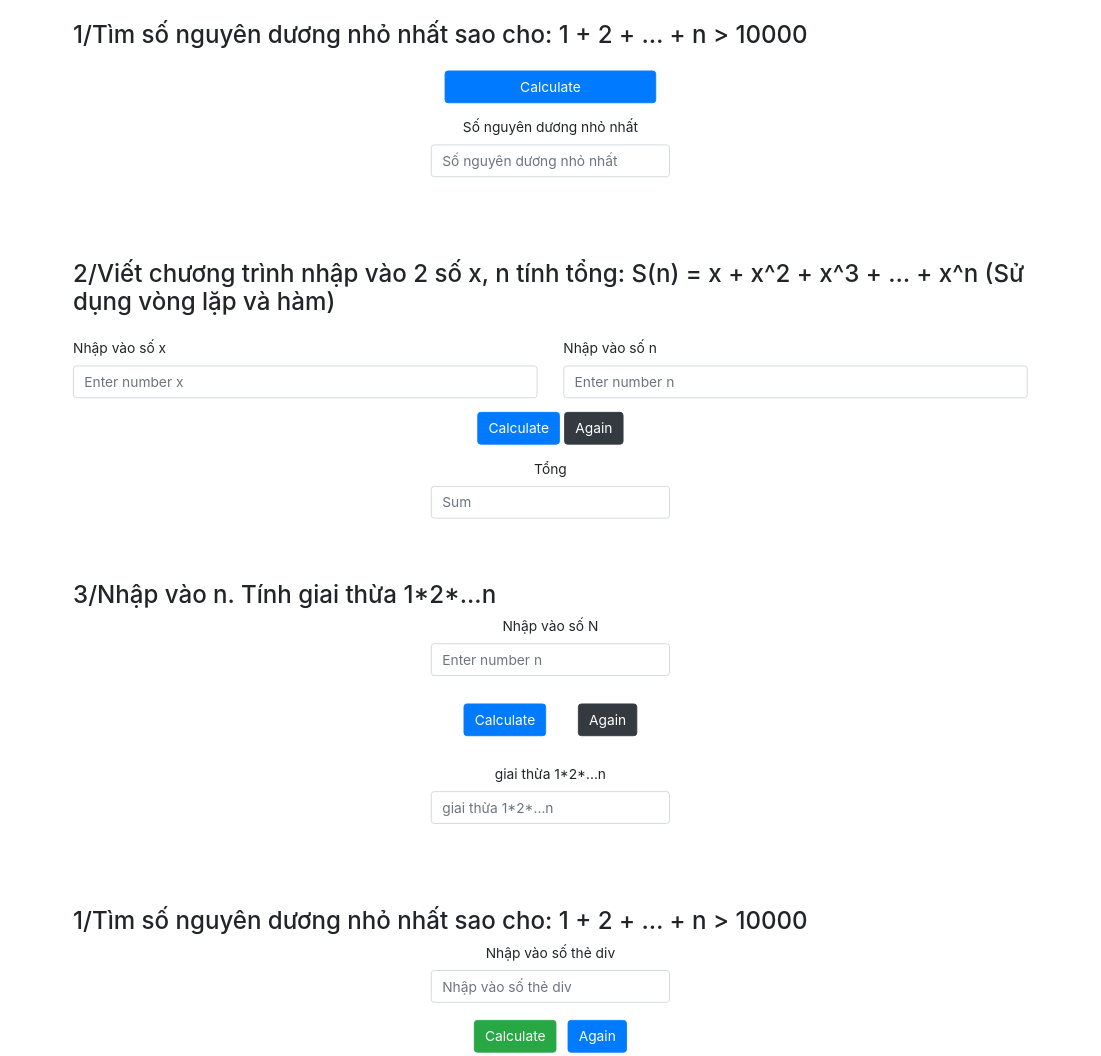
Repository: baobaodeveloper/bootcamp21__loop__HuynhAnhBao
Page: index.html
These files come from the project's save history. The page is drawn as it stood at one moment and after the next save; the edit follows.
The browser window is 1280 px wide. The pictures show the whole page, at 86% of full size.

Above is the page before, as saved 2022-03-17 19:19:40.

### index.html
<!DOCTYPE html>
<html lang="en">
  <head>
    <title>Exercise Js</title>
    <!-- Required meta tags -->
    <meta charset="utf-8" />
    <meta
      name="viewport"
      content="width=device-width, initial-scale=1, shrink-to-fit=no"
    />

    <!-- Bootstrap CSS -->
    <link
      rel="stylesheet"
      href="https://stackpath.bootstrapcdn.com/bootstrap/4.3.1/css/bootstrap.min.css"
      integrity="sha384-ggOyR0iXCbMQv3Xipma34MD+dH/1fQ784/j6cY/iJTQUOhcWr7x9JvoRxT2MZw1T"
      crossorigin="anonymous"
    />
  </head>
  <body>
    <!--1/Tìm số nguyên dương nhỏ nhất sao cho:
    1 + 2 + … + n > 10000-->
    <div class="container mt-4">
      <h3>1/Tìm số nguyên dương nhỏ nhất sao cho: 1 + 2 + … + n > 10000</h3>
      <div class="mb-3 flex-md-column d-flex w-25 m-auto text-center">
        <button type="button" id="min-number" class="btn btn-primary m-3">
          Calculate
        </button>
        <label class="form-label">Số nguyên dương nhỏ nhất</label>
        <input
          type="text"
          class="form-control"
          id="result1"
          placeholder="Số nguyên dương nhỏ nhất"
        />
      </div>
    </div>

    <!--2/Viết chương trình nhập vào 2 số x, n tính tổng: S(n) = x + x^2 + x^3 + … + x^n (Sử
    dụng vòng lặp và hàm)-->
    <div class="container mt-5 pt-5">
      <h3>
        2/Viết chương trình nhập vào 2 số x, n tính tổng: S(n) = x + x^2 + x^3 +
        … + x^n (Sử dụng vòng lặp và hàm)
      </h3>
      <div class="row mt-4">
        <div class="col">
          <label class="form-label">Nhập vào số x</label>
          <input
            type="number"
            class="form-control"
            placeholder="Enter number x"
            id="number-x"
          />
        </div>
        <div class="col">
          <label class="form-label">Nhập vào số n</label>
          <input
            type="number"
            class="form-control"
            placeholder="Enter number n"
            id="number-n"
          />
        </div>
      </div>

      <div class="m-3 text-center">
        <button type="button" id="calculate-sum" class="btn btn-primary">
          Calculate
        </button>
        <button type="button" id="calculate-sum-again" class="btn btn-dark">
          Again
        </button>
      </div>

      <div class="w-25 m-auto text-center">
        <label class="form-label">Tổng</label>
        <input
          type="text"
          class="form-control"
          id="result2"
          placeholder="Sum"
        />
      </div>
    </div>

    <!--3/Nhập vào n. Tính giai thừa 1*2*...n-->
    <div class="container mt-4 pt-5">
      <h3>3/Nhập vào n. Tính giai thừa 1*2*...n</h3>
      <div class="w-25 m-auto text-center">
        <label class="form-label">Nhập vào số N</label>
        <input
          type="email"
          class="form-control"
          id="num-enter"
          placeholder="Enter number n"
        />
      </div>
      <div class="mb-3 flex-md-column d-flex w-25 m-auto text-center">
        <div class="m-3">
          <button
            type="button"
            id="calculate-num-n"
            class="btn btn-primary m-3"
          >
            Calculate
          </button>
          <button
            type="button"
            id="calculate-num-n-again"
            class="btn btn-dark m-3"
          >
            Again
          </button>
        </div>
        <label class="form-label">giai thừa 1*2*...n</label>
        <input
          type="text"
          class="form-control"
          id="result3"
          placeholder="giai thừa 1*2*...n"
        />
      </div>
    </div>

    <!--4/Hãy viết chương trình khi click vào button sẽ in ra 10 thẻ div. Nếu div nào vị trí chẵn thì
    background màu đỏ và lẻ thì background màu xanh.-->
    <div class="container mt-5 pt-5">
      <h3>1/Tìm số nguyên dương nhỏ nhất sao cho: 1 + 2 + … + n > 10000</h3>
      <div class="mb-3 flex-md-column d-flex w-25 m-auto text-center">
        <label class="form-label">Nhập vào số thẻ div</label>
        <input
          type="number"
          class="form-control"
          id="number-div"
          placeholder="Nhập vào số thẻ div"
        />
      </div>
      <div class="text-center mt-3">
        <button type="button" id="creat-div" class="btn btn-success m-1">
          Calculate
        </button>
        <button type="button" id="creat-div-again" class="btn btn-primary m-1">
          Again
        </button>
      </div>
      <div id="result4"></div>
    </div>

    <!-- Optional JavaScript -->
    <!-- jQuery first, then Popper.js, then Bootstrap JS -->
    <script
      src="https://code.jquery.com/jquery-3.3.1.slim.min.js"
      integrity="sha384-q8i/X+965DzO0rT7abK41JStQIAqVgRVzpbzo5smXKp4YfRvH+8abtTE1Pi6jizo"
      crossorigin="anonymous"
    ></script>
    <script
      src="https://cdnjs.cloudflare.com/ajax/libs/popper.js/1.14.7/umd/popper.min.js"
      integrity="sha384-UO2eT0CpHqdSJQ6hJty5KVphtPhzWj9WO1clHTMGa3JDZwrnQq4sF86dIHNDz0W1"
      crossorigin="anonymous"
    ></script>
    <script
      src="https://stackpath.bootstrapcdn.com/bootstrap/4.3.1/js/bootstrap.min.js"
      integrity="sha384-JjSmVgyd0p3pXB1rRibZUAYoIIy6OrQ6VrjIEaFf/nJGzIxFDsf4x0xIM+B07jRM"
      crossorigin="anonymous"
    ></script>

    <!-- <script src="exercise1.js"></script> -->
    <!-- <script src="exercise2.js"></script> -->
    <script src="exercise3.js"></script>
  </body>
</html>

### exercise3.js
const numEnter = document.getElementById("num-enter");
const result3 = document.getElementById("result3");
document.getElementById("calculate-num-n").addEventListener("click", () => {
  if (numEnter.value) {
    const numEnterValue = +numEnter.value;
    let sum = 1;
    if (numEnterValue === 0) sum = 0;
    for (let i = 2; i <= numEnterValue; i++) {
      sum *= i;
    }
    result3.value = sum;
  }
});

document
  .getElementById("calculate-num-n-again")
  .addEventListener("click", () => {
    result3.value = "";
    numEnter.value = "";
  });

After the next save:
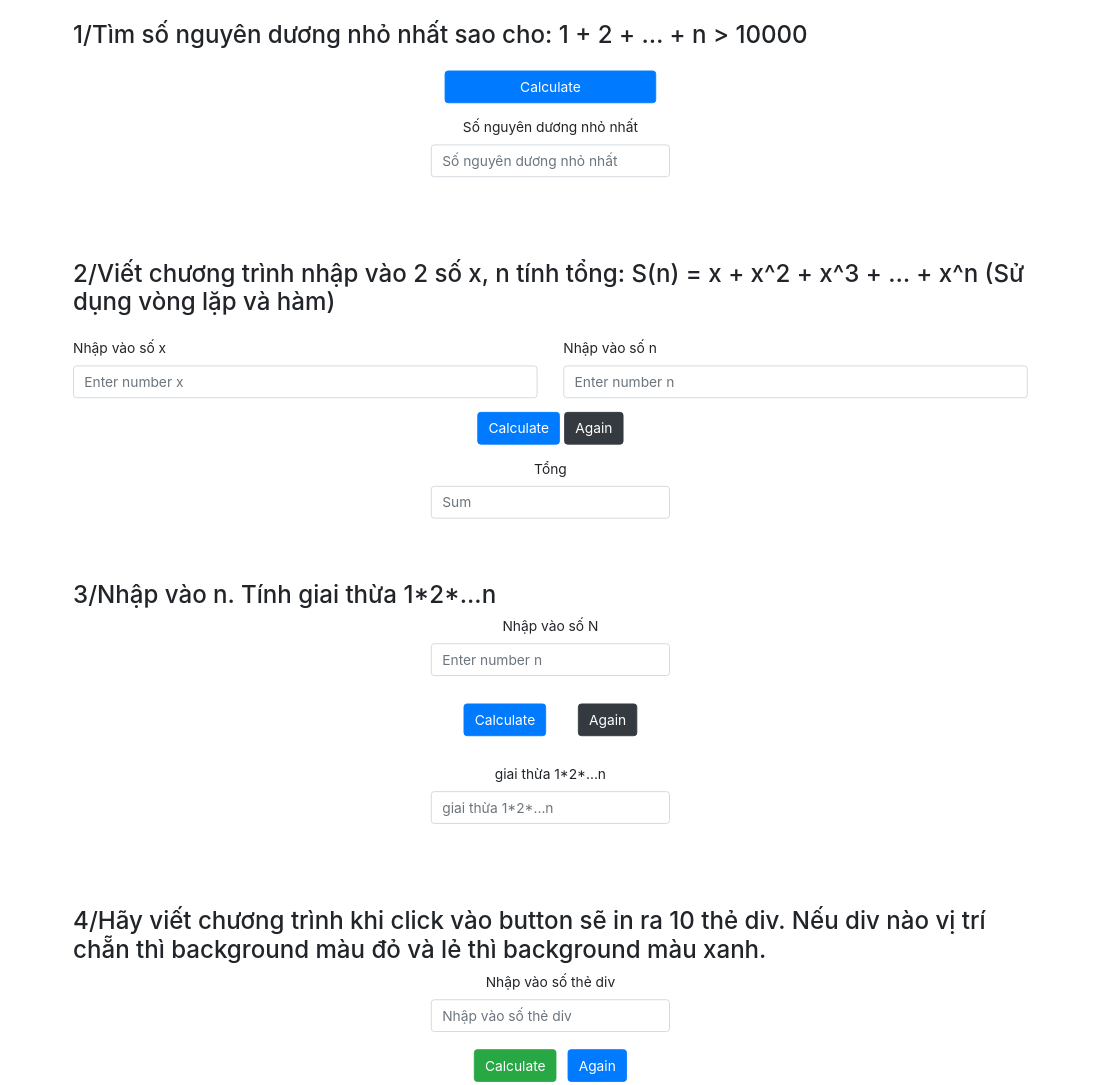
Saved 22 s later.
--- a/index.html
+++ b/index.html
@@ -126,7 +126,10 @@
     <!--4/Hãy viết chương trình khi click vào button sẽ in ra 10 thẻ div. Nếu div nào vị trí chẵn thì
     background màu đỏ và lẻ thì background màu xanh.-->
     <div class="container mt-5 pt-5">
-      <h3>1/Tìm số nguyên dương nhỏ nhất sao cho: 1 + 2 + … + n > 10000</h3>
+      <h3>
+        4/Hãy viết chương trình khi click vào button sẽ in ra 10 thẻ div. Nếu
+        div nào vị trí chẵn thì background màu đỏ và lẻ thì background màu xanh.
+      </h3>
       <div class="mb-3 flex-md-column d-flex w-25 m-auto text-center">
         <label class="form-label">Nhập vào số thẻ div</label>
         <input
